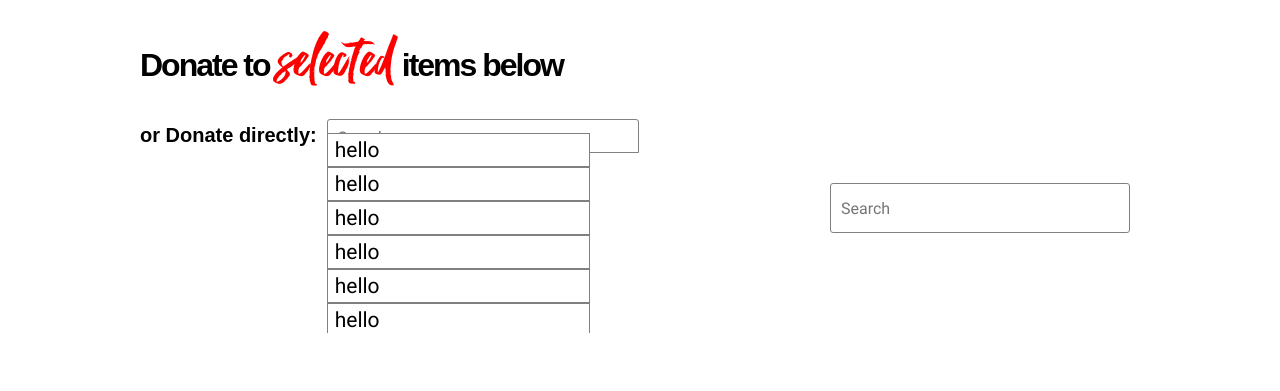
Repository: David-Waite/edableStyleChanges
Page: /
The author's editor kept a copy of each file at every save. The page is drawn from the files as they stood at one save, then again after the next save.
The browser window is 1280 px wide. The pictures show the whole page.
The project was rebuilt for these pictures with package versions that can differ from the ones it lists, and the page was loaded fresh each time. Also part of the build but not shown: src/components/Item/ProgressBar.css, src/components/Volunteer/Volunteer.tsx, src/components/DonorForm/Message.css, src/components/Volunteer/VolunteerError.tsx, src/components/Default.tsx, src/components/DonorForm/Paypal.tsx, src/components/DonorForm/DonorForm.tsx, src/components/DonorForm/PastDonations.css and 8 more.

Above is the page before, as saved 2022-11-09 19:46:33.

### public/index.html
<!DOCTYPE html>
<html lang="en">
  <head>
    <meta charset="utf-8" />
    <link rel="icon" href="%PUBLIC_URL%/favicon.ico" />
    <meta name="viewport" content="width=device-width, initial-scale=1" />
    <meta name="theme-color" content="#000000" />
    <meta name="description" content="EdAble Donations System" />
    <link rel="apple-touch-icon" href="%PUBLIC_URL%/logo192.png" />
    <link rel="manifest" href="%PUBLIC_URL%/manifest.json" />
    <link
      rel="stylesheet"
      href="https://cdn.jsdelivr.net/npm/bootstrap@5.2.0-beta1/dist/css/bootstrap.min.css"
      integrity="sha384-0evHe/X+R7YkIZDRvuzKMRqM+OrBnVFBL6DOitfPri4tjfHxaWutUpFmBp4vmVor"
      crossorigin="anonymous"
    />
    <title>EdAble Donations</title>
  </head>
  <body>
    <noscript>You need to enable JavaScript to run this app.</noscript>
    <div id="root"></div>
  </body>
  <script src="./iframeResizer.contentWindow.min.js"></script>
</html>

### src/index.tsx
import React from 'react';
import ReactDOM from 'react-dom/client';
import './index.css';
import App from './App';
import reportWebVitals from './reportWebVitals';
import './fonts/Roboto/Roboto-Medium.ttf';
import './fonts/Lora/Lora-VariableFont_wght.ttf';

const root = ReactDOM.createRoot(
  document.getElementById('root') as HTMLElement
);
root.render(
  <React.StrictMode>
    <App />
  </React.StrictMode>
);

// If you want to start measuring performance in your app, pass a function
// to log results (for example: reportWebVitals(console.log))
// or send to an analytics endpoint. Learn more: https://bit.ly/CRA-vitals
reportWebVitals();

### src/index.css
body {
  margin: 0;
  -webkit-font-smoothing: antialiased;
  -moz-osx-font-smoothing: grayscale;
}

code {
  font-family: source-code-pro, Menlo, Monaco, Consolas, "Courier New",
    monospace;
}

* {
  box-sizing: border-box;
}

#page-wrap {
  padding-bottom: 10px;
  padding-top: 10px;
}
@font-face {
  font-family: "Roboto";
  src: local("Roboto"),
    url("./fonts/Roboto/Roboto-Medium.ttf") format("truetype");
}

@font-face {
  font-family: "Lora";
  src: local("Lora"),
    url("./fonts/Lora/Lora-VariableFont_wght.ttf") format("truetype");
}

@font-face {
  font-family: "black_stonealternative";
  src: local("blackStone"),
    url("./fonts/BlackStone/blackstone-alternative-webfont.woff") format("woff");
}

h1 {
  font-family: "Roboto";
  font-style: normal;
  font-weight: 700;
  font-size: 52px;
  line-height: 64px;
  /* identical to box height, or 123% */
  color: #000000;
}

h2 {
  font-family: "Lora";
  font-style: normal;
  font-weight: 700;
  font-size: 47px;
  line-height: 60px;
  /* identical to box height, or 128% */
  color: #f1f1f1;
}

h3 {
  font-family: "Lora";
  font-style: normal;
  font-weight: 700;
  font-size: 40px;
  line-height: 51px;
  color: #c4c4c4;
}

h4 {
  font-family: "Roboto";
  font-style: normal;
  font-weight: 700;
  font-size: 35px;
  line-height: 43px;
  /* identical to box height, or 123% */
  letter-spacing: 0.02em;
  color: #000000;
}

h5 {
  font-family: "Roboto";
  font-style: normal;
  font-weight: 700;
  font-size: 28px;
  line-height: 44px;
  /* identical to box height, or 157% */
  color: #000000;
}

h6 {
  font-family: "Roboto";
  font-style: normal;
  font-weight: 700;
  font-size: 21px;
  line-height: 25px;
  /* identical to box height */
  color: #000000;
}

body {
  font-family: "Roboto";
  font-style: normal;
  font-weight: 400;
  font-size: 21px;
  line-height: 32px;
  /* identical to box height, or 152% */
  color: #000000;
}

### src/App.tsx
import React from "react";
import "./App.css";
import { BrowserRouter, Routes, Route } from "react-router-dom";

import { PayPalScriptProvider } from "@paypal/react-paypal-js";
import Base from "./components/Base";
import Landing from "./components/Landing/Landing";
import Volunteer from "./components/Volunteer/Volunteer";
import VolunteerError from "./components/Volunteer/VolunteerError";
import Default from "./components/Default";
import Organisation from "./components/Organisation/Organisation";
import ItemPage from "./components/Item/ItemPage";
import Success from "./components/DonorForm/Success";
import Cancel from "./components/DonorForm/Cancel";
import PastDonations from "./components/DonorForm/PastDonations";
import PastItemDonations from "./components/DonorForm/PastItemDonations";
import DonateTime from "./components/Volunteer/DonateTime";

function App() {
  return (
    <PayPalScriptProvider
      options={{
        "client-id":
        process.env.REACT_APP_PAYPAL_CLIENT_ID||"ATT3Tn46NrmHggGqVC4mzWOZWlnbp2ID9DA0yQnhsgqPFIVPPlLhfSI_-atbZc3aN7n_k7wUVTyQJMnI",
        currency: "AUD",
      }}
    >
      <BrowserRouter>
        <Routes>
          <Route path="/" element={<Base />}>
            <Route path="/" element={<Landing />} />
            <Route path="volunteer" element={<Volunteer />} />
            <Route path="success" element={<Success />} />
            <Route path="organisation/:orgId" element={<Organisation />} />
            <Route path="cancel/:orgId" element={<Cancel />} />
            <Route path="volunteererror/:orgId" element={<VolunteerError />} />
            <Route path="organisation/:orgId" element={<PastDonations />} />
            <Route path="item/:orgID/:itemID" element={<ItemPage />} />
            <Route path="item/:orgID/:itemID" element={<PastItemDonations />} />
            <Route path="volunteer/organisation/:orgId" element={<DonateTime />} />
            <Route path="volunteer/success" element={<Success />} />

            {/* Using path="*"" means "match anything", so this route
                acts like a catch-all for URLs that we don't have explicit
              routes for. */}
            <Route path="*" element={<Default />} />
          </Route>
        </Routes>
      </BrowserRouter>
    </PayPalScriptProvider>
  );
}

export default App;

### src/App.css
.App {
  text-align: center;
}

.App-logo {
  height: 40vmin;
  pointer-events: none;
}

@media (prefers-reduced-motion: no-preference) {
  .App-logo {
    animation: App-logo-spin infinite 20s linear;
  }
}

.App-header {
  background-color: #282c34;
  min-height: 100vh;
  display: flex;
  flex-direction: column;
  align-items: center;
  justify-content: center;
  font-size: calc(10px + 2vmin);
  color: white;
}

.App-link {
  color: #61dafb;
}

@keyframes App-logo-spin {
  from {
    transform: rotate(0deg);
  }
  to {
    transform: rotate(360deg);
  }
}

.font-face-rob {
  font-family: "Roboto";
}

.font-face-lora {
  font-family: "Lora";
}

.font-face-Black {
  font-family: "black_stonealternative";
}

### src/components/Base.tsx
import { Outlet } from 'react-router-dom';

function BasePage() {
  return (
    <>
      {/* An <Outlet> renders whatever child route is currently active,
          so you can think about this <Outlet> as a placeholder for
        the child routes we defined above. */}
      <Outlet/>
    </>
  );
}

export default BasePage;

### src/components/Landing/Landing.tsx
import { useEffect, useState } from "react";
import "./Landing.css";
import { Link } from "react-router-dom";
import { db } from "../../config/firebase";
import { collection, query, onSnapshot, where } from "firebase/firestore";
import { Button, Container, Carousel, Row, Col } from "react-bootstrap";
import { ReactComponent as InclusionHero } from "./InclusionHero.svg";

import Sidebar from "./Sidebar";
import ItemsCollection from "./ItemsCollection";
import Organisation from "../Organisation/Organisation";

function Landing() {
  const [orgList, setOrgList] = useState<any>([]);

  // gets all the orgs from dbs
  useEffect(() => {
    const q = query(
      collection(db, "Organisations"),
      where("activeStatus", "==", true)
    );
    onSnapshot(q, (querySnapshot) => {
      // setOrgList dumps all the orgs in orgList
      setOrgList(
        querySnapshot.docs.map((doc) => ({
          id: doc.id,
          data: doc.data(),
        }))
      );
    });
  }, []);

  useEffect(() => {
    window.scrollTo(0, 0);
  }, []);

  function handleChange() {
    console.log("hi");
  }
  return (
    //   these lines set up the format of the page
    <>
      <div className="landing">
        {/* Burger menu */}

        <div className="App" id="outer-container">
          {/* Carousel */}
          <div className="slideshowCon">
            <Row>
              <Col>
                <div className="carouselContainer">
                  <Carousel
                    touch={true}
                    interval={4000}
                    indicators={true}
                    variant="light"
                  >
                    {orgList.map((org: any) => (
                      <Carousel.Item
                        key={org.id.toString()}
                        style={{
                          textAlign: "left",
                        }}
                      >
                        <Link
                          to={`organisation/${org.id}`}
                          style={{
                            textDecoration: "none",
                            color: "black",
                          }}
                        >
                          {/* this div contains the carousel item's contents and makes the whole carousel item a link (based on link tag above) */}
                          <div className="carousel-contents">
                            <img
                              className="carouselImage"
                              src={`${org.data.img}`}
                            />

                            <div className="caroursel-text">
                              <div className="carousel-contents-bottom">
                                <div>
                                  {" "}
                                  <h2 className="title">{org.data.name}</h2>
                                  <p className="orgSummary">
                                    {org.data.summary}
                                  </p>
                                </div>

                                <Button
                                  className="btnContribute"
                                  variant="warning"
                                >
                                  DONATE TO&#160;
                                  {org.data.name.toUpperCase()}!
                                </Button>
                              </div>
                            </div>
                          </div>
                        </Link>
                      </Carousel.Item>
                    ))}
                  </Carousel>
                </div>
              </Col>
            </Row>
          </div>
        </div>

        <div>
          <h2 className="pageTitle">
            Donate to <span>selected</span> items below
            <br />
          </h2>
          <div className="selectOrgCon">
            <h2 className="selectOrg">or Donate directly:</h2>
            <div className="orgSearchBar">
              <input
                className="input"
                type="text"
                placeholder="Search"
                onChange={handleChange}
                onClick={handleChange}
              />
              <div className="orgNameCon">
                <div className="orgName">
                  <a>hello</a>
                </div>
                <div className="orgName">
                  <a>hello</a>
                </div>
                <div className="orgName">
                  <a>hello</a>
                </div>
                <div className="orgName">
                  <a>hello</a>
                </div>
                <div className="orgName">
                  <a>hello</a>
                </div>
                <div className="orgName">
                  <a>hello</a>
                </div>
                <div className="orgName">
                  <a>hello</a>
                </div>
              </div>
            </div>
          </div>
        </div>

        <ItemsCollection orgList={orgList} />
      </div>
    </>
  );
}

export default Landing;

### src/components/Landing/Landing.css
.carousel-control-next,
.carousel-control-prev {
  width: 10%;
}

.landing {
  max-width: 1000px;

  margin: 0px auto 90px;
}
.pageTitle {
  font-size: 32px;
  color: black;
  font-family: sans-serif;
  margin-top: 60px;
  margin-bottom: 40px;
  letter-spacing: -2px;
  line-height: 0px;
  font-weight: 700;
}

.title {
  font-size: 32px;
  color: white;
  font-family: sans-serif;
}
.pageTitle span {
  font-family: "black_stonealternative";
  margin-left: 0px;
  margin-right: 0px;
  font-size: 55px;
  letter-spacing: 1px;
  font-weight: 100;
}

.selectOrg {
  font-size: 20px;
  color: black;
  font-family: sans-serif;

  font-weight: 700;
}
.selectOrgCon {
  display: flex;

  margin-bottom: 0px;
}

.orgSearchBar input {
  height: auto;
  padding: 0 10px;
  border-radius: 3px 3px 0 0;
  box-shadow: none;
}

.orgSearchBar input::placeholder {
  font-size: 16px;
}

.orgSearchBar {
  padding-top: 14px;
  margin-left: 10px;
}

.orgNameCon {
  margin-top: -20px;
  position: absolute;
  max-height: 200px;
  overflow: scroll;
}
.orgName {
  padding-left: 7px;
  width: 263px;
  border: 0.1px solid grey;
  background-color: white;
}

.col {
  padding: 0;
}

.navBarContainer {
  margin-left: 30px;
  margin-top: 10px;
  position: absolute;
  color: white;
}

.carousel {
  /* margin: 3px; */
  /* border-radius: 30px; */

  color: white;
  /* height: ; */
}

.carouselImage {
  object-fit: cover;
  height: calc(500px - 140px);
}

.carousel-contents {
  display: flex;

  flex-direction: column;
  justify-content: flex-end;

  color: white;
  height: 500px;
}

.carousel-indicators {
  margin-bottom: 10px;
}

.carousel-contents-bottom {
  display: flex;
  align-items: center;
  justify-content: space-between;
  gap: 10px;

  margin-bottom: 30px;
}

.caroursel-text {
  padding: 0px 25px;
  height: 140px;
  background-color: #333333;
}

.btnContribute {
  background-color: #e50040;
  color: white;
  border: none;
  border-radius: 3px;
}

.btnContribute span {
  margin-left: 3px;
  font-size: 16px;
  font-weight: 400;
  color: white;
}

.btnContribute div {
  font-size: 16px;
  font-weight: 400;
  margin: 0;
}

.btnContribute:hover {
  background-color: #d4033e;
  color: white;
}

.orgSummary {
  font-size: 16px;
  line-height: 25px;
  margin-bottom: 0px;
}

.imgCarousel {
  width: 100%;
  height: 600px;
}

.orgList {
  font-family: sans-serif;
  font-size: 20px;
  color: black;
}

.orgListCon {
  display: flex;
  align-items: center;
}
@media (max-width: 1040px) {
  .landing {
    padding: 0 20px;
  }
}

@media (max-width: 900px) {
  .title {
    font-size: 28px !important;
  }
}

@media (max-width: 800px) {
  .carousel-contents-bottom {
    flex-direction: column;
    align-items: flex-start;

    gap: 0px;
  }
  .caroursel-text {
    height: 200px;
  }
}

@media (max-width: 500px) {
  .btnContribute div {
    width: 100%;
  }

  .caroursel-text {
    height: 220px;
  }
}

@media (max-width: 370px) {
  .btnContribute {
    margin-top: -10px;
    font-size: 10px;
  }
}

@media (max-width: 325px) {
  .btnContribute span {
    font-size: 9px;
  }
}

/* #carousel-indicators {
    color:rgb(17, 0, 61)
} */

/* Button {
  font-size: x-small;
  style={{ backgroundImage: `url(${org.data.img})` }}




   <img
                              className="imgCarousel"
                              src={org.data.img}
                              alt={`${org.data.name}` + "'s logo"}
                            />
} */

### src/components/Landing/ItemsCollection.tsx
import { useState, useEffect } from "react";
import {
  collectionGroup,
  query,
  onSnapshot,
  collection,
  where,
  getDocs,
} from "firebase/firestore";
import { db } from "../../config/firebase";
import Card from "react-bootstrap/Card";
import ProgressBar from "react-bootstrap/ProgressBar";
import { Link } from "react-router-dom";
import styles from "./ItemsCollection.module.css";
import "../Item/ProgressBar.css";

function ItemsCollection(props: any) {
  const [itemList, setItemList] = useState<any>([]);
  const [search, setSearch] = useState<string>("");

  useEffect(() => {
    const q = query(
      collectionGroup(db, "Items"),
      where("activeStatus", "==", true)
    );

    onSnapshot(q, async (querySnapshot) => {
      setItemList(
        querySnapshot.docs.map((doc) => ({
          id: doc.id,
          data: doc.data(),
          parentDoc: doc.ref.parent.parent?.id,
        }))
      );
    });
  }, []);

  function mergeLists() {
    const mergeList: any = [];
    itemList.map((item: any) => {
      props.orgList.map((org: any) => {
        if (item.parentDoc === org.id) {
          if (item.data.activeStatus === true) {
            mergeList.push({
              ...item,
              orgName: org.data.name,
              orgActiveStatus: org.data.activeStatus,
            });
          }
        }
      });
    });
    return mergeList;
  }

  const mergeList = mergeLists();

  const handleChange = (e: React.ChangeEvent<HTMLInputElement>) => {
    setSearch(e.target.value);
  };
  const filteredItems = mergeList.filter((item: any) =>
    item.data.name.toLowerCase().includes(search.toLowerCase())
  );

  return (
    <>
      <div className={styles.containerDiv}>
        <div
          className={styles.searchBar}
          style={{
            borderRadius: "3px",
            display: "flex",
            alignItems: "right",
            justifyContent: "right",
          }}
        >
          <input
            style={{ fontSize: "16px" }}
            className={styles.input}
            type="text"
            onChange={handleChange}
            placeholder="Search"
          />
        </div>

        <div className={styles.cardParentDiv}>
          {filteredItems.map((item: any) => (
            <div key={item.id.toString()} className={styles.cards}>
              <div className={styles.cardImage}>
                <img src={item.data.img} alt={`Image of  ${item.data.name}`} />
              </div>

              <div className={styles.cardBody}>
                <div>
                  <h3 className={styles.cardTitle}>
                    {item.orgName}:
                    <br />
                    <span>{item.data.name}</span>
                  </h3>

                  <p className={styles.cardDes}>{item.data.summary}</p>
                </div>

                <div className={styles.bottomHalfCard}>
                  <p>
                    ${item.data.totalDonationsValue || 0} of $
                    {item.data.initialPrice}
                  </p>
                  <ProgressBar
                    striped
                    now={
                      item.data.totalDonationsValue
                        ? (item.data.totalDonationsValue /
                            item.data.initialPrice) *
                          100
                        : 0
                    }
                    label={`${Math.round(
                      (item.data.totalDonationsValue / item.data.initialPrice) *
                        100
                    )}%`}
                  />
                  <Link
                    style={{
                      textDecoration: "none",
                      color: "black",
                    }}
                    to={`item/${item.parentDoc}/${item.id}`}
                  >
                    <div className={styles.btn}>DONATE NOW!</div>
                  </Link>
                </div>
              </div>
            </div>
          ))}
        </div>
      </div>
    </>
  );
}

export default ItemsCollection;

### src/components/Organisation/Organisation.module.css
.body {
  background-color: black;
}

* {
  margin: 0;
  padding: 0;
}

img {
  max-width: 100%;
}

.section {
  max-width: 1000px;
  margin: 0 auto;
  background-color: white;
}

.orgName,
.volunteerOrgName span {
  font-family: "black_stonealternative";
  margin-left: 0px;
  margin-right: 0px;
  font-size: 55px;
  font-weight: 100;
  color: #5e17a9;
  line-height: 45px;
}

.orgNameSpan,
.volunteerOrgName {
  font-size: 32px;
  color: black;
  font-family: sans-serif;
  font-weight: 600;
  line-height: normal;
}
.volunteerOrgName span {
  color: #5e17a9;
}
.line {
  margin: 20px 0 30px;
  height: 3px;
  width: 70px;
  background-color: #511493;
}

.itemName {
  font-size: 32px;
  color: black;
  font-family: sans-serif;
  font-weight: 600;
  line-height: normal;
}

.itemImgDesktop {
  margin-bottom: 20px;
}

.sideIdmage {
  display: flex;
  flex-direction: column;
}

.itemImgMobile,
.mobileSideImg {
  display: none;
}

.itemName span {
  color: #511493;
  font-size: 33px;
}

.des {
  margin-top: 20px;
  font-size: 16px;
  font-weight: 100;
  line-height: 25px;
  color: #333333;
}
.mainContent {
  margin-top: 40px;
  display: grid;
  grid-template-columns: 1fr 1.5fr;
  gap: 80px;
}
.btn {
  display: flex;
  align-items: center;
  height: 40px;
  color: white;

  border-radius: 3px !important;
  font-size: 16px;
  font-weight: 400;
  padding: 0 15px;
}

a {
  text-decoration: none !important;
}
.websiteBtn {
  height: 40px;

  border-radius: 3px !important;
  font-size: 16px;
  font-weight: 400;
  padding: 10px 15px;

  color: white;
  background-color: #511493;
}
.btn:hover {
  color: white;
}

.goBack {
  background-color: #e50040;
}

.goBack:hover {
  background-color: #f16800;
}

.orgImg {
  width: 100%;
  height: 500px;
  object-fit: cover;
}

.website {
  padding: 30px;
  margin-top: 10px;
  background: linear-gradient(58.89deg, #5e17a9 31.3%, #e50040 67.75%);
  color: white;
}

.website div {
  margin-top: 10px;
}
.website a {
  background-color: #e50040;
  width: 100%;
  color: white;
  border-radius: 3px !important;
  font-size: 16px;
  font-weight: 400;
  padding: 10px 15px;
}

.header {
  margin: 10px 0;
  display: flex;
  gap: 10px;

  align-items: center;
}

h6 {
  margin-top: 30px;
  font-size: 33px;
  font-weight: 400;
  line-height: 30px;
}

h6 div {
  font-family: "black_stonealternative";
  margin-top: 30px;
  color: #5e17a9;
  font-size: 55px;
  letter-spacing: 1px;
  font-weight: 100;
}

.orgDescription {
  margin-top: 20px;
  font-size: 16;
}

.formCon {
  margin-top: 20px;
}

.btnPurple {
  background-color: #511493;
}
.topItem {
  display: flex;
  align-items: center;
  gap: 40px;
}

.backButton {
  margin-top: 30px;
  color: white;
  border-radius: 3px;
  background-color: #e50040;
  border: none;
}

.backButton:hover {
  color: white;

  background-color: #d4033e;
}

.topButton:hover {
  background-color: #f16800;
}

.card {
  border-radius: 3px;
  border: none;

  background-color: #f4f4f4;
}

.card img {
  width: 100%;
}

.cardContent {
  padding: 20px;
}

.cardTitle {
  font-size: 18px;
  color: black;
  font-family: sans-serif;
  height: auto;
  line-height: 25px;
}

.cardDes {
  margin-top: 0px;
  color: rgb(29, 29, 29);
  font-size: 16px;
  letter-spacing: 0.1px;
  line-height: 20px;
  font-weight: 400;
}

@media (max-width: 1040px) {
  .section {
    padding: 0 20px;
  }
}
@media (max-width: 700px) {
  .content {
    padding: 0 20px 50px;
  }
  .formContainer {
    padding: 30px 20px;
  }
  .topItem {
    display: flex;
    flex-direction: column;
    gap: 40px;
  }
  .card {
    width: 100%;
  }
}

@media (max-width: 900px) {
  .mainContent {
    display: grid;
    grid-template-columns: 1fr;
    gap: 20px;
    margin-bottom: 10px;
  }
  .itemImgDesktop,
  .desktopSideImg {
    display: none;
  }
  .mobileSideImg {
    display: block;
  }

  .itemImgMobile {
    display: block;
    width: 100%;
  }
}

@media (max-width: 500px) {
  label {
    font-size: 10px;
  }

  h6 {
    font-size: 25px;
  }
  h6 span {
    font-size: 40px;
  }
  .btn {
    font-size: 12px;
  }
}

### src/components/Landing/ItemsCollection.module.css
.containerDiv {
  /* background-color: rgb(212, 238, 249); */
  border-radius: 40px;
}

.searchBar {
  border-radius: 3px !important;
  padding: 0;
}
.title {
  font-size: 32px;
  color: black;
  font-family: sans-serif;
  margin-top: 60px;
  margin-bottom: 40px;

  letter-spacing: -2px;
}

.title span {
  font-family: "black_stonealternative";
  margin-left: 0px;
  margin-right: 0px;
  font-size: 55px;
  letter-spacing: 1px;
  font-weight: 100;
}

.input {
  margin: 10px;
  width: 300px;
  border-radius: 3px;
  padding: 2px 10px;
}

.cardParentDiv {
  margin-top: 20px;
  display: grid;
  grid-template-columns: 1fr 1fr 1fr;
  gap: 30px;
}

.bottomHalfCard {
  align-self: end;
}
.cardParentDiv img {
  width: 100%;
  height: 180px;
  object-fit: cover;
  padding: 0;
  margin: 0;
}

.cardImage {
  height: 180px;
}
.cardTitle {
  font-size: 18px;
  color: black;
  font-family: sans-serif;
  height: auto;
  line-height: 25px;
}

.cardTitle span {
  color: #e50040;
}

.cardDes {
  height: 60px;
  margin-top: 0px;
  color: rgb(29, 29, 29);
  font-size: 16px;
  letter-spacing: 0.1px;
  line-height: 16px;
  font-weight: 400;
}

.btn {
  text-decoration: none;
  color: white;
  display: flex;
  align-items: center;
  justify-content: center;
  height: 40px;
  margin-top: 10px;
  margin-bottom: -15px;
  text-align: center;
  border-radius: 3px;
  font-size: 16px;
  font-weight: 400;

  background-color: #5e17a9;
}

.cardBody {
  padding: 10px 10px 30px 10px;
}

.cards {
  border-radius: 3px;
  border: none;
  background-color: #f4f4f4;
}

@media (max-width: 1040px) {
  .cardParentDiv {
    grid-template-columns: 1fr 1fr;
    gap: 60px;
  }
  .input {
    width: calc(100vw - 40px);
  }
}

@media (max-width: 650px) {
  .cardParentDiv {
    grid-template-columns: 1fr 1fr;
    gap: 20px;
  }
}

@media (max-width: 600px) {
  .cardParentDiv {
    grid-template-columns: 1fr;
    gap: 20px;
  }
}

### src/components/DonorForm/DonorForm.css
.donorInfoContainer {
  background-color: rgb(238, 238, 238);
  padding: 20px 40px;
  border-radius: 3px;
}

.formTitle {
  color: #5e17a9;
}

.presetButtons {
  display: flex;
  align-items: center;
  justify-content: flex-start;
  margin-bottom: -20px;
}

label,
.or {
  padding: 5px 0;
  font-weight: lighter;
}

label span {
  color: rgb(176, 53, 53);
  margin-left: 2px;
}

input:disabled {
  background-color: rgb(197, 197, 197);
}

.checkbox {
  display: flex;
  justify-content: start;
  align-items: center;
}

.checkbox input {
  width: auto;
  margin-right: 5px;
}

.monthlyPayment {
  margin-top: 15px;
  margin-bottom: -25px;
}

.availablity {
  display: flex;
  gap: 60px;
  padding-bottom: 10px;
}

.isAron {
  margin-top: 15px;
}
.mailingList {
  margin-bottom: 15px;
}
input,
select {
  height: 50px;
  width: 100%;
  border: 0.1px solid;
  border-color: grey;
  border-radius: 5px;
}

select {
  padding: 15px 10px;
  border: none;
}

span {
  font-size: large;
  color: red;
}

.proceedPayBtn {
  color: white;
  background-color: #ff7000;
  border-color: #ff7000;
  margin-right: auto;
}

.proceedPayBtn:hover {
  background-color: #f16800;
  color: white;
}

button {
  border-radius: 4px;
  border: 1px solid rgb(215, 215, 215);
  padding: 5px 10px;
  font-size: 14px;
  margin: 5px;
  color: white;
  background-color: #ff7000;
  border-color: #ff7000;
}

button[type="submit"],
input[type="submit"] {
  background: #ec598f;
  color: white;
  text-transform: uppercase;
  border: none;
  margin-top: 40px;
  padding: 10px;
  font-size: 16px;
  font-weight: 400;
  letter-spacing: 10px;
}

Loaded but not shown: src/reportWebVitals.ts (common file); public/iframeResizer.contentWindow.min.js (library); src/config/firebase.js (25 lines, source omitted)

After the next save:
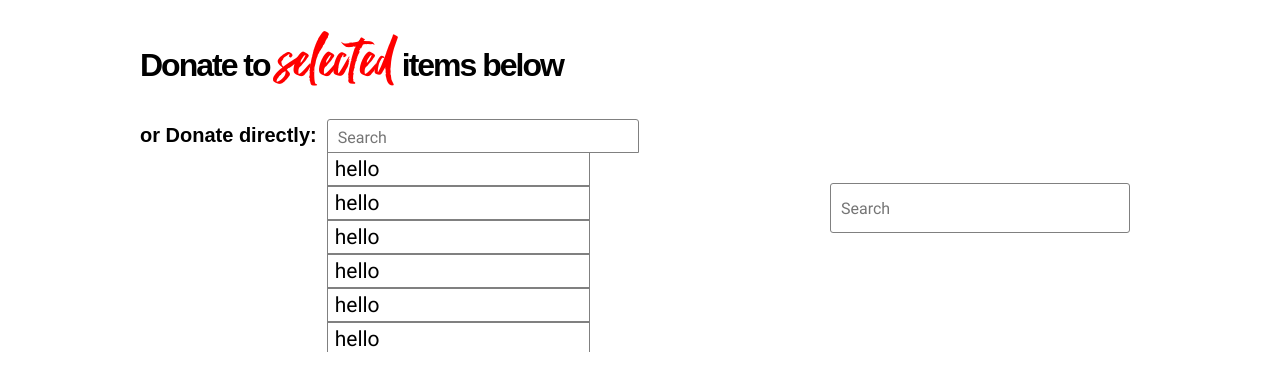
Saved 4 s later.
--- a/src/components/Landing/Landing.css
+++ b/src/components/Landing/Landing.css
@@ -63,7 +63,7 @@
 }
 
 .orgNameCon {
-  margin-top: -20px;
+  margin-top: -1px;
   position: absolute;
   max-height: 200px;
   overflow: scroll;
